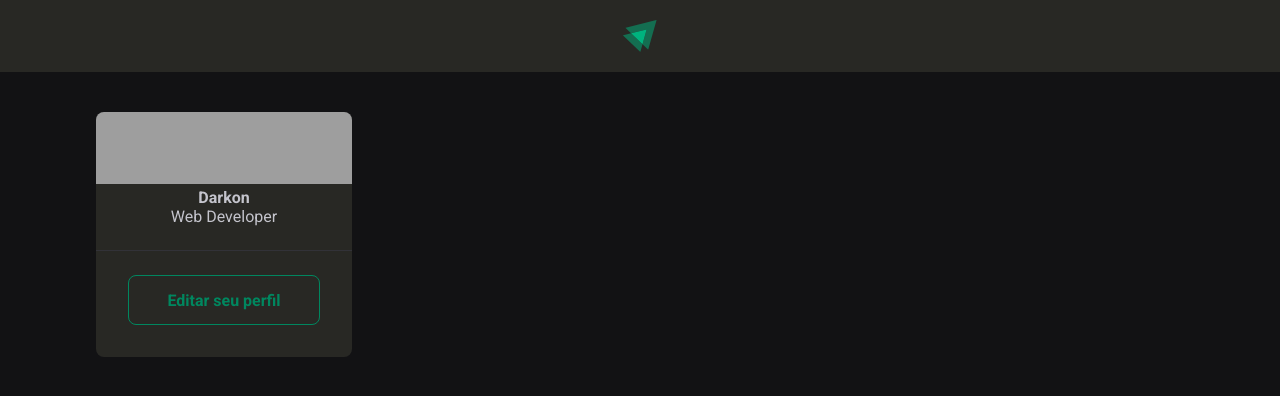
Repository: viviij/PseudoRedeSocial
Page: /
These files come from the project's save history. The page is drawn as it stood at one moment and after the next save; the edit follows.
The browser window is 1280 px wide. The pictures show the whole page.
Pictures or frames that could not be fetched are drawn as grey boxes. The project was rebuilt for these pictures with package versions that can differ from the ones it lists, and the page was loaded fresh each time. Also part of the build but not shown: vite.config.js.

Above is the page before, as saved 2022-07-29 11:54:31.

After the next save:
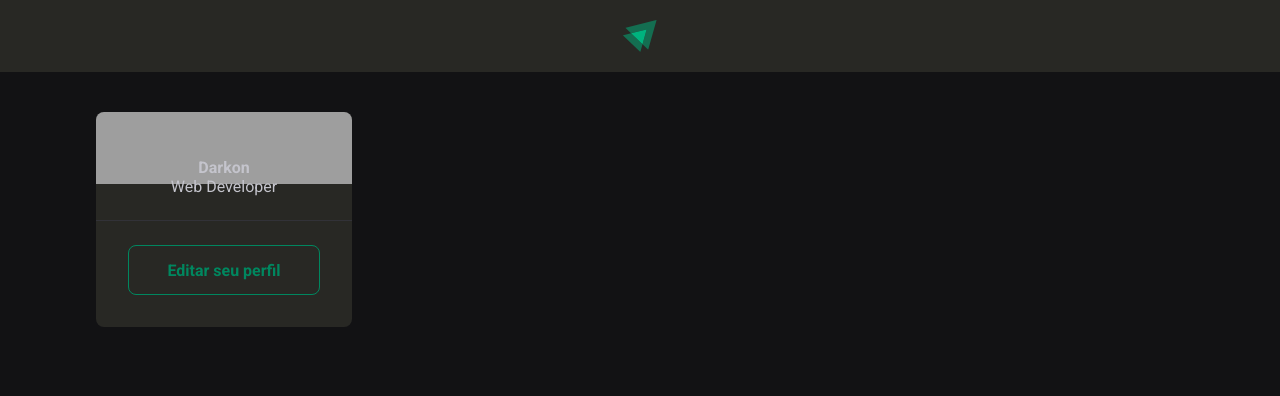
Saved 10 min 25 s later.
--- a/src/components/Sidebar.module.css
+++ b/src/components/Sidebar.module.css
@@ -14,6 +14,17 @@
   display: flex;
   flex-direction: column;
   align-items: center;
+
+  margin-top: calc(0px - 1.5rem - 6px)
+}
+
+.profile .avatar {
+
+  width: calc(3rem + 12px);
+  height: calc(3rem + 12px);
+  border-radius: 8px;
+  border: 4px solid var(--gray-800);
+  outline: 2px solid var(--green-500);
 }
 
 .sidebar footer {
